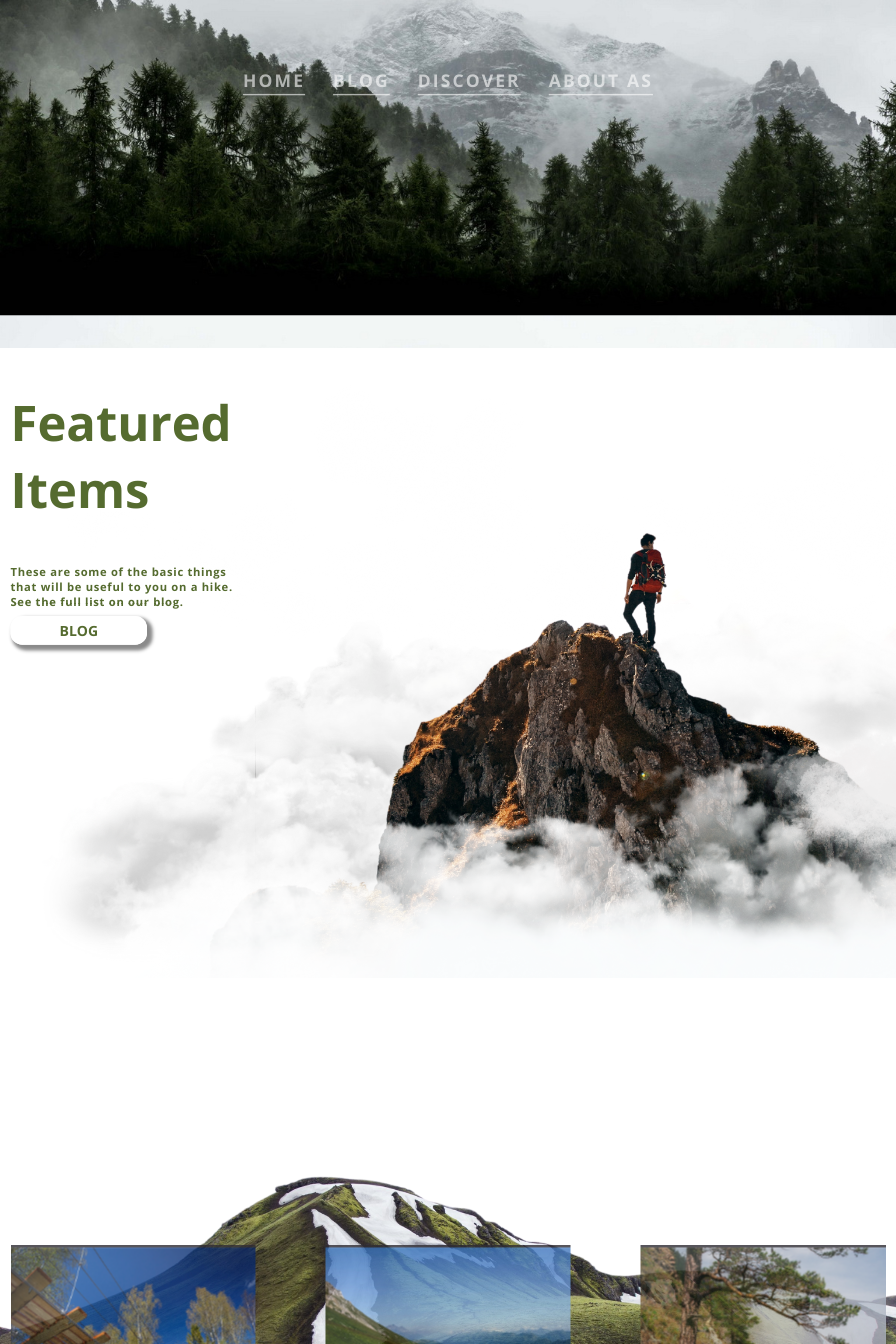
Repository: artembundin/travelrus.github.io
Page: index.html
These files come from the project's save history. The page is drawn as it stood at one moment and after the next save; the edit follows.
The browser window is 1280 px wide. The pictures show the part of the page from y = 403 to 2323 px (the page is 4792 px tall), at 70% of full size.
A picture or video elsewhere on the page could not be fetched, so the positions and the page height are approximate. An inner scrolling area shows only its first screen. Backgrounds fixed to the window are drawn as part of the page. Some web fonts or font styles are not loaded; a fallback is used.

Above is the page before, as saved 2025-05-08 02:09:40.
Console error: TypeError: Cannot read properties of null (reading 'offsetTop')

After the next save:
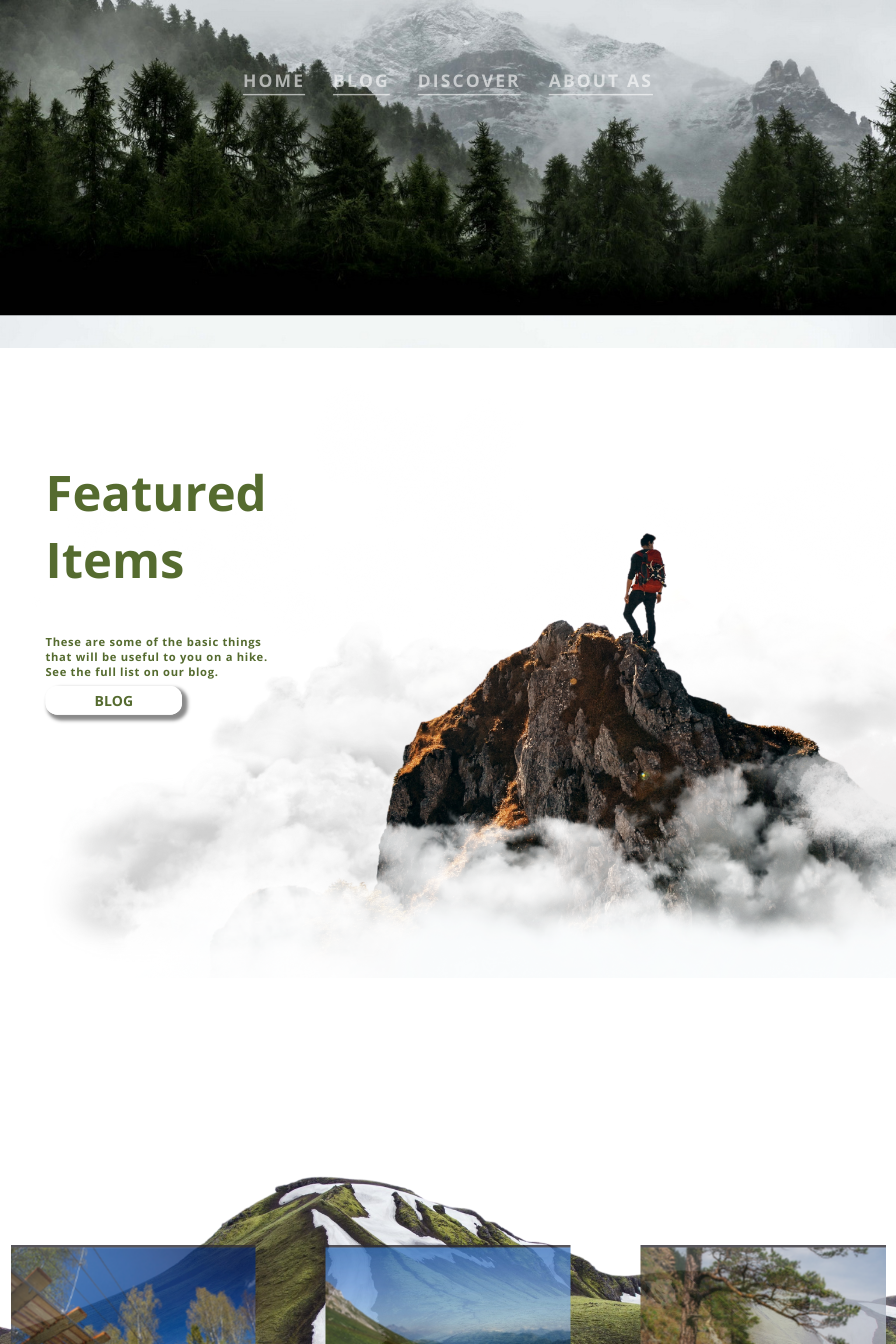
Saved 5 s later.
--- a/style.css
+++ b/style.css
@@ -155,7 +155,7 @@ a {
 .text_section {
   width: 330px;
   height: 900px;
-  padding: ;
+  padding: 100px 50px;
   color: darkolivegreen;
 }
 
